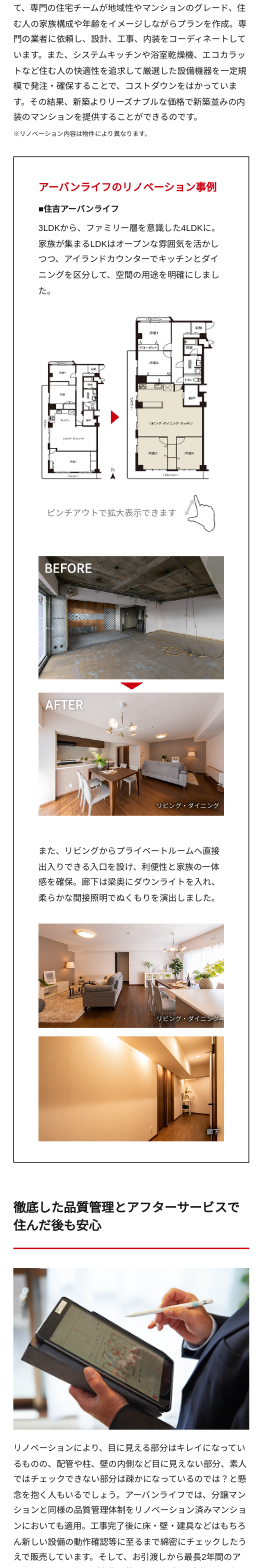
Repository: duongspm/group-kansai_new-data
Page: group-kansai_new/pickup/column07.html
The author's editor kept a copy of each file at every save. The page is drawn from the files as they stood at one save, then again after the next save.
The browser window is 375 px wide. The pictures show the part of the page from y = 2288 to 4528 px (the page is 5378 px tall before and 5438 px after), at 70% of full size.

Above is the page before, as saved 2023-07-03 11:09:58.

After the next save:
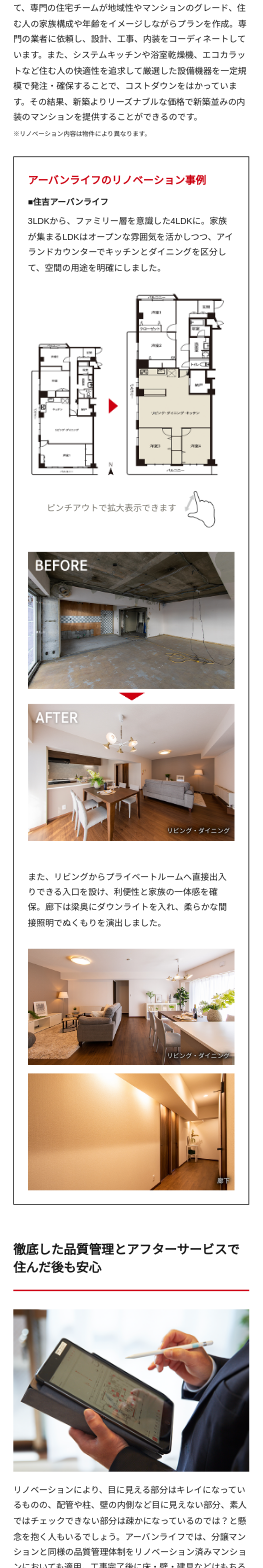
Saved 38 s later.
--- a/group-kansai_new/pickup/css/column.css
+++ b/group-kansai_new/pickup/css/column.css
@@ -311,5 +311,7 @@
     }
 }
 @media (max-width: 414px){
-
-}
+    .column07__box {
+        padding: 20px;
+    }
+}
